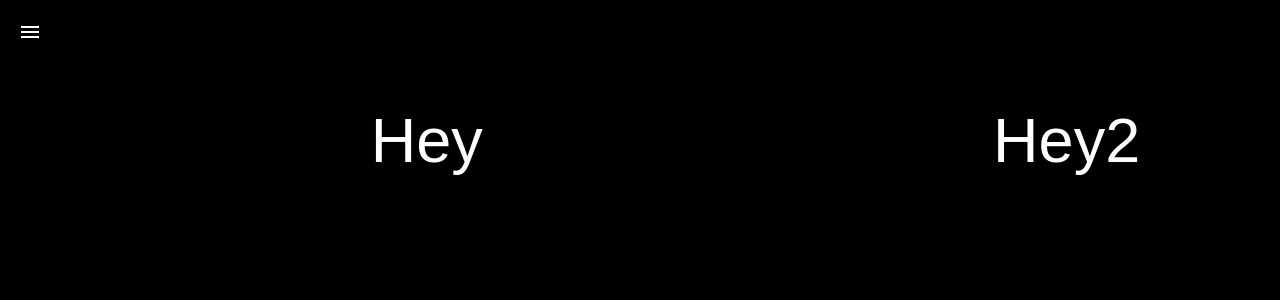
Repository: Ajtheult/final-project
Page: /cart
The author's editor kept a copy of each file at every save. The page is drawn from the files as they stood at one save, then again after the next save.
The browser window is 1280 px wide. The pictures show the whole page.
Some web fonts or font styles are not loaded; a fallback is used. Some web libraries are served in a nearby version. The project was rebuilt for these pictures with package versions that can differ from the ones it lists, and the page was loaded fresh each time. Also part of the build but not shown: src/layout/pages/LandingPage.js, src/layout/pages/About.js, src/layout/pages/catalogue/Keys.js, src/layout/pages/catalogue/String.js, src/layout/pages/catalogue/Woodwind.js, src/layout/pages/catalogue/Percussion.js, src/layout/pages/login/Login.js, src/layout/pages/login/NewSignUp.js.

Above is the page before, as saved 2020-07-23 10:09:10.

After the next save:
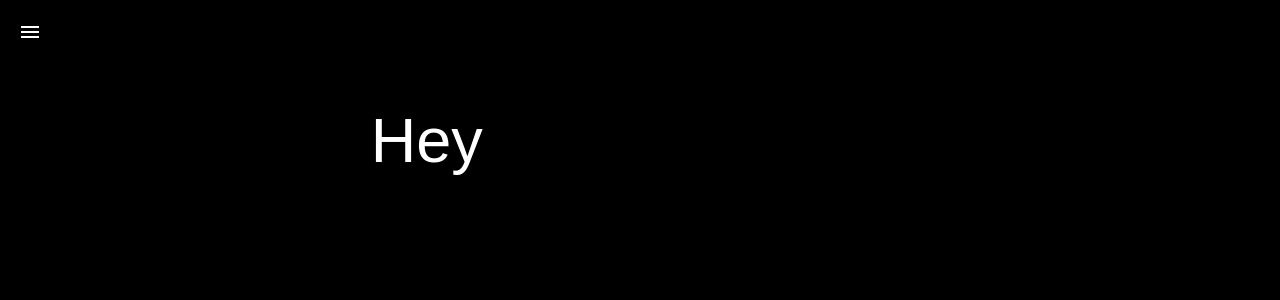
Saved 5 min 26 s later.
--- a/src/layout/pages/Cart.js
+++ b/src/layout/pages/Cart.js
@@ -8,8 +8,13 @@ const Cart = () => {
           <h1>Hey</h1>
         </div>
 
-        <div class="col s4">
-          <h1>Hey2</h1>
+        <div class="col s12">
+          <div className="row">
+            <div class="col s6">1</div>
+          </div>
+          <div className="row">
+            <div class="col s12">2</div>
+          </div>
         </div>
       </div>
     </div>
